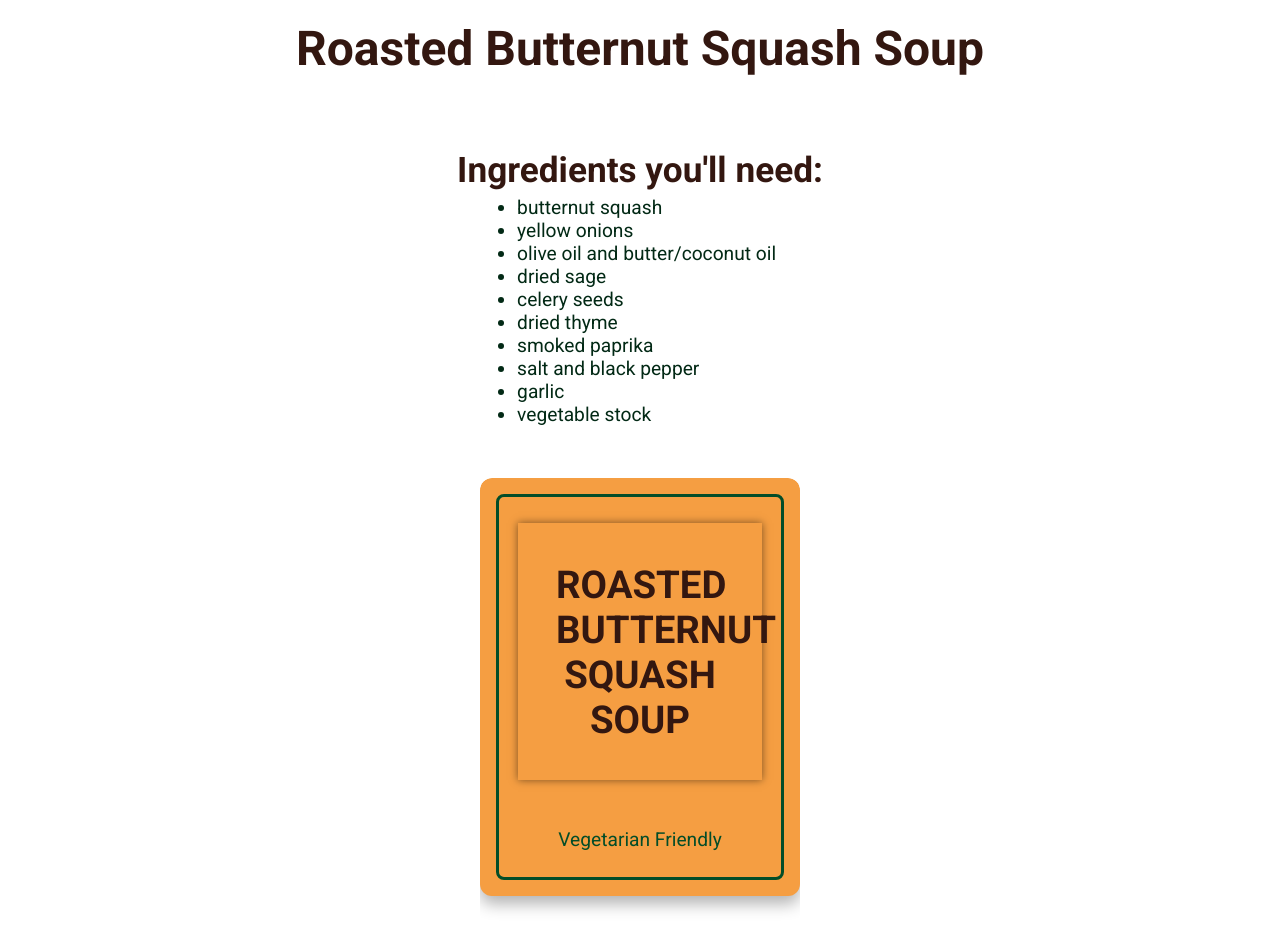
Repository: IDMX225/css-card-flip-LyssaMA
Page: src/index.html
These files come from the project's save history. The page is drawn as it stood at one moment and after the next save; the edit follows.
The browser window is 1280 px wide. The pictures show the whole page.
The style sheet was rebuilt from its Sass, Less or Tailwind sources for each picture, by a compiler version that may differ from the author's.

Above is the page before, as saved 2024-11-12 20:54:37.
Not found: src/js/index.js

After the next save:
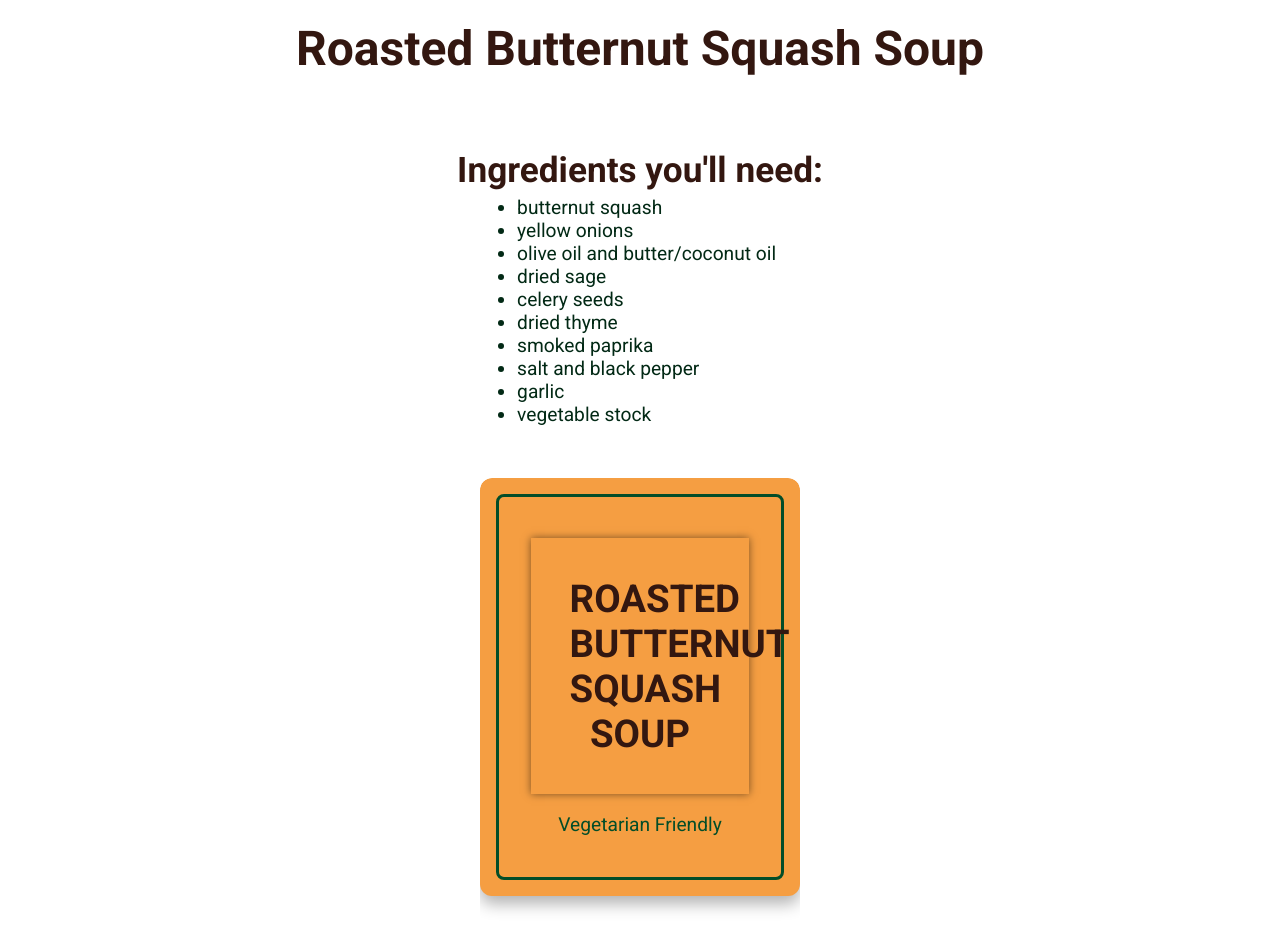
Saved 5 min 40 s later.
--- a/src/sass/main.scss
+++ b/src/sass/main.scss
@@ -13,7 +13,7 @@
 *,
 *::before,
 *::after {
-  box-sizing: border-box; /* Ensure padding and border are part of the width/height */
+  box-sizing: border-box;
   margin: 0;
 }
 
@@ -28,44 +28,44 @@ body {
 /* Title Above the Card */
 .title-above-card {
   font-family: var(--font-family);
-  font-size: 3rem; /* Larger size for the title */
+  font-size: 3rem;
   font-weight: var(--fw-bold);
   text-align: center;
-  margin-bottom: 1.5em; /* Space between title and ingredients */
-  color: #331710; /* Dark color for the title */
+  margin-bottom: 1.5em;
+  color: #331710;
 }
 
 /* Ingredients Section */
 .ingredients {
   text-align: center;
-  margin-bottom: 2em; /* Space between ingredients and card */
+  margin-bottom: 2em;
 }
 
 .ingredients-heading {
   font-family: var(--font-family);
-  font-size: 2.2rem; /* Larger size for "Ingredients you'll need:" */
+  font-size: 2.2rem;
   font-weight: var(--fw-bold);
-  color: #331710; /* Dark color */
-  margin-bottom: 5px; /* Adds space between the heading and the ingredient list */
+  color: #331710;
+  margin-bottom: 5px;
 }
 
 .ingredients-list {
   text-align: left;
   font-family: var(--font-family);
-  font-size: 1.2rem; /* Regular size for the list items */
+  font-size: 1.2rem;
   color: #022915; /* Dark green color */
-  list-style-type: disc; /* Use bullet points for the list */
-  margin-left: 20px; /* Indentation for the list items */
+  list-style-type: disc;
+  margin-left: 20px;
 }
 
 /* Card Container */
 .card {
-  width: 320px;  /* Card width */
-  height: 450px; /* Card height */
+  width: 320px;
+  height: 450px;
   perspective: 1000px;
-  border-radius: 12px; /* Rounded corners */
+  border-radius: 12px;
   overflow: hidden;
-  padding-bottom: 2em; /* Add padding under the card */
+  padding-bottom: 2em;
   display: flex;
   flex-direction: column;
   position: relative;
@@ -97,55 +97,56 @@ body {
   display: flex;
   justify-content: center;
   align-items: center;
-  border-radius: 12px; /* Ensure the corners of both front and back are rounded */
-  box-sizing: border-box; /* Ensures padding and border are included */
-  width: 100%;  /* Ensure front and back are the same size */
-  height: 100%; /* Ensure front and back are the same size */
+  border-radius: 12px;
+  box-sizing: border-box;
+  width: 100%;
+  height: 100%;
 }
 
 /* Front of the Card */
 .card__front {
   background-color: var(--clr);
-  color: #034d28; /* Dark green text for contrast */
-  padding: 1.5em;  /* Adjust padding for consistent spacing */
-  border-radius: 12px; /* Match the card's rounded corners */
-  box-shadow: 0 8px 16px rgba(0, 0, 0, 0.3); /* Add shadow to front for depth */
+  color: #034d28;
+  padding: 1.5em;
+  border-radius: 12px;
+  box-shadow: 0 8px 16px rgba(0, 0, 0, 0.3);
   position: relative;
   display: flex;
-  flex-direction: column; /* Ensures the title and subtitle are stacked */
-  justify-content: center; /* Center content vertically */
-  align-items: center; /* Center content horizontally */
-  text-align: center; /* Center text inside the front card */
+  flex-direction: column;
+  justify-content: center;
+  align-items: center;
+  text-align: center;
+  z-index: 1;
 }
 
-/* Adding the border effect with rounded corners */
+/* Border on the Front */
 .card__front::before {
   content: '';
-  position: absolute; /* Position inside the front */
+  position: absolute;
   top: 1em;
   bottom: 1em;
   left: 1em;
   right: 1em;
   border: 3px solid currentColor;
-  border-radius: 8px; /* Rounded corners on the border */
-  pointer-events: none; /* Prevent interaction with the border */
+  border-radius: 8px;
+  pointer-events: none;
 }
 
 /* Title on Card Front */
 .card__title {
   font-family: var(--font-family);
-  font-size: 2.4rem; /* Slightly larger title size */
+  font-size: 2.4rem; /* Larger title size */
   font-weight: var(--fw-bold);
   text-transform: uppercase;
   color: #331710;
-  box-shadow: 0 0 8px rgba(0, 0, 0, 0.5); /* Enhanced shadow around title */
-  padding: 1em; /* Even padding inside the box for space from the border */
+  box-shadow: 0 0 8px rgba(0, 0, 0, 0.5);
+  padding: 1em;
   text-align: center;
   position: relative;
-  z-index: 1;  /* Ensure the title is on top of the border */
-  width: 90%;  /* Ensure title box stretches across the card */
-  box-sizing: border-box; /* Include padding in the overall width calculation */
-  margin-bottom: 1em; /* Space between title and subtitle */
+  z-index: 2;
+  width: 80%;
+  box-sizing: border-box;
+  margin-bottom: 0.5em;
 }
 
 /* Subtitle on Card */
@@ -154,7 +155,6 @@ body {
   font-size: 1.2rem;
   font-weight: var(--fw-normal);
   text-align: center;
-  margin-top: 0.5em; /* Space between the title and subtitle */
 }
 
 /* Back of the Card */
@@ -162,13 +162,14 @@ body {
   background: var(--clr-dark);
   color: #f7d07d;
   transform: rotateY(180deg);
-  border-radius: 12px; /* Ensure the back matches the card's rounded corners */
-  padding: 2em; /* Add padding to the back */
-  box-sizing: border-box; /* Include padding in the overall size */
+  border-radius: 12px;
+  padding: 2em;
+  box-sizing: border-box;
   display: flex;
   justify-content: center;
   align-items: center;
-  text-align: center; /* Center content on the back */
+  text-align: center;
+  z-index: 1;
 }
 
 .card__body {
@@ -176,6 +177,7 @@ body {
   font-size: 1rem;
   line-height: 1.5;
   text-align: center;
-  max-width: 90%; /* Prevent text from stretching too wide */
-  word-wrap: break-word; /* Prevent text from going out of bounds */
+  max-width: 90%;
+  word-wrap: break-word;
+  box-sizing: border-box;
 }
